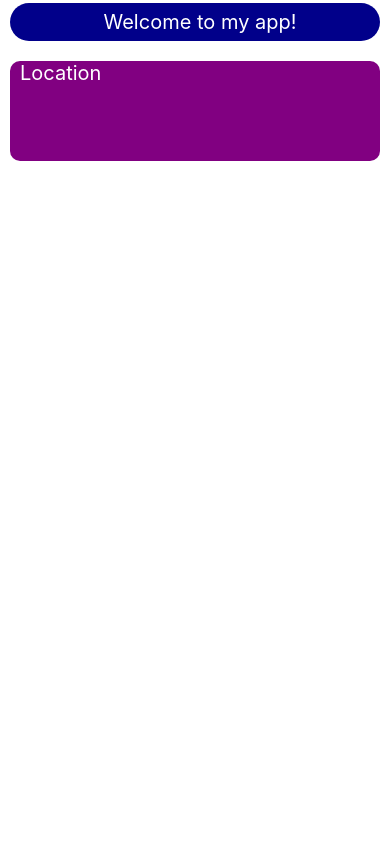
Repository: amirjavadikia/mobile-projectg
Screen: /
These files come from the project's save history. The screen is drawn as it stood at one moment and after a run of saves; the edit follows.
The app was drawn by React Native's web renderer in a window 390 px wide. The project was rebuilt for these pictures with package versions that can differ from the ones it lists, and the page was loaded fresh each time.

Above is the screen before, as saved 2024-04-24 20:56:38.

### App.tsx
import React from 'react';
import { View, Text, StyleSheet } from 'react-native';

const MainPage = () => {
  return (
    <View style={styles.container}>

      <View style={[styles.blueBackground]}>
        <Text style={styles.text}>Welcome to my app!</Text>
      </View>


      <View style={[styles.box, styles.purpleBackground]}>
        <Text style={styles.text}>Location</Text>
      </View>


      <View style={[styles.box, styles.yellowBackground]}>
        <Text style={styles.text}>Settings</Text>
      </View>


      <View style={[styles.box, styles.redBackground]}>
        <Text style={styles.text}>Contacts</Text>
      </View>

    </View>
  );
};

const styles = StyleSheet.create({
  container: {
    justifyContent: 'center',
    alignItems: 'center',
    margin: 10
  },
  box: {
    width: '100%',
    height: 100,
    borderRadius: 10,
    marginBottom: 10
  },
  blueBackground: {
    backgroundColor: '#01008A',
    borderRadius: 30,
    width: '100%',
    height: '10%',
    justifyContent: 'center',
    alignItems: 'center',
    marginBottom: 20
  },
  purpleBackground: {
    backgroundColor: '#810081',
  },
  yellowBackground: {
    backgroundColor: 'fea501',
  },
  redBackground: {
    backgroundColor: 'fe0002',
  },
  text: {
    color: 'white',
    fontSize: 20,
    marginLeft: 10,
  },
});

export default MainPage;

After the next 2 saves:
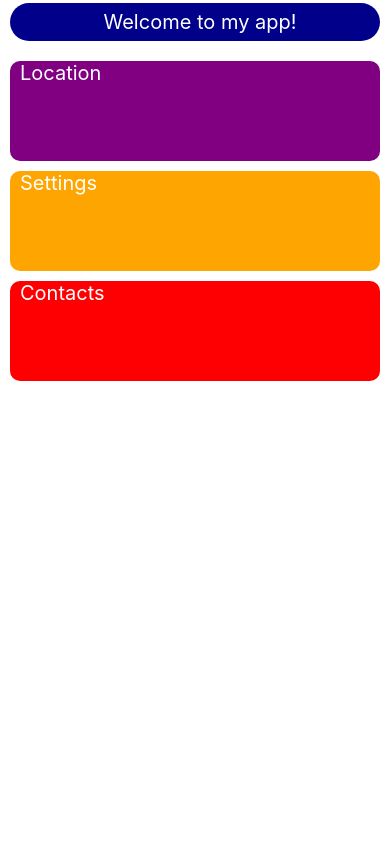
The 2 saves are shown as one change because they came seconds apart.
The last was saved 13 s later.
--- a/App.tsx
+++ b/App.tsx
@@ -53,10 +53,10 @@ const styles = StyleSheet.create({
     backgroundColor: '#810081',
   },
   yellowBackground: {
-    backgroundColor: 'fea501',
+    backgroundColor: '#fea501',
   },
   redBackground: {
-    backgroundColor: 'fe0002',
+    backgroundColor: '#fe0002',
   },
   text: {
     color: 'white',
